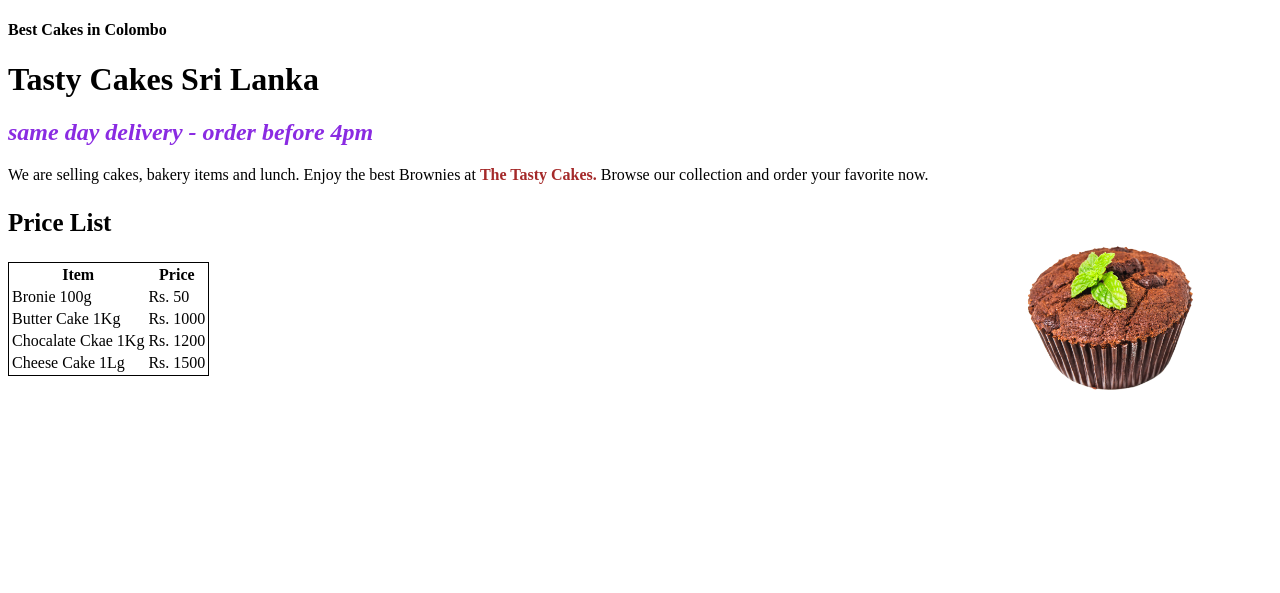
Repository: DhananjayaLakshan/Uom-Web_Design_For_Beginners
Page: work01/index.html
An editor plug-in stored every save of this project. The page is shown before and after the next save, followed by the edit.
The browser window is 1280 px wide. The pictures show the whole page.

Above is the page before, as saved 2023-11-24 11:58:32.

After the next save:
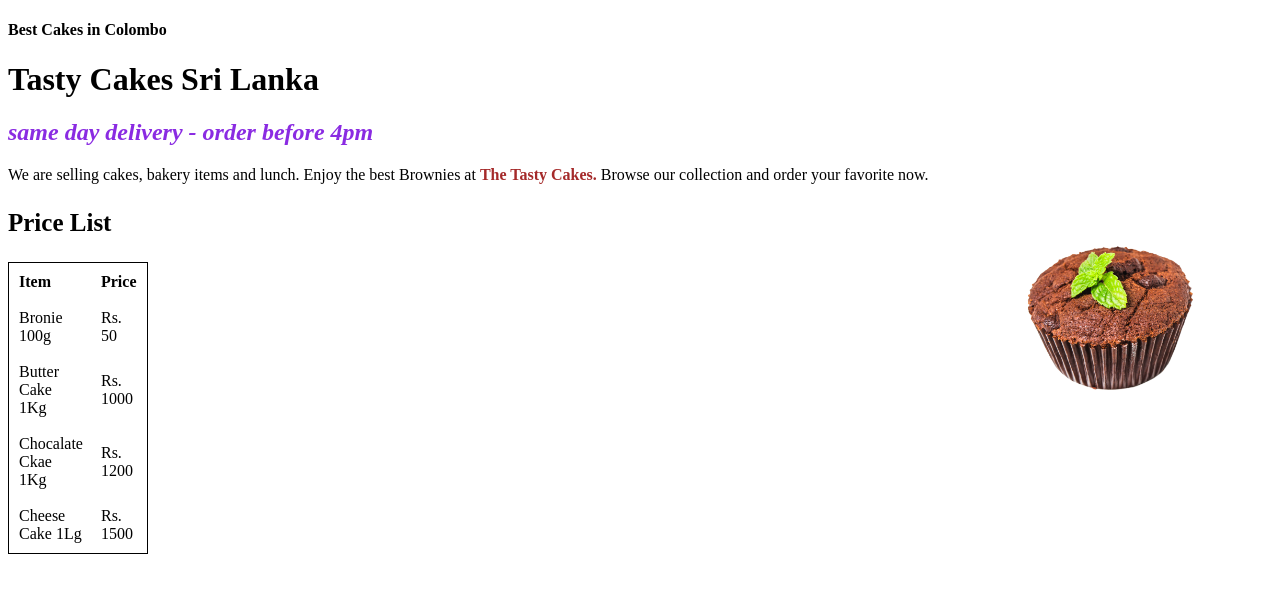
Saved 83 s later.
--- a/work01/styles.css
+++ b/work01/styles.css
@@ -14,4 +14,11 @@ img{
 
 table{
     border: 1px solid black;
+    width: 100px;
+
 }
+
+td,th{
+    text-align: left;
+    padding: 8px;
+}
